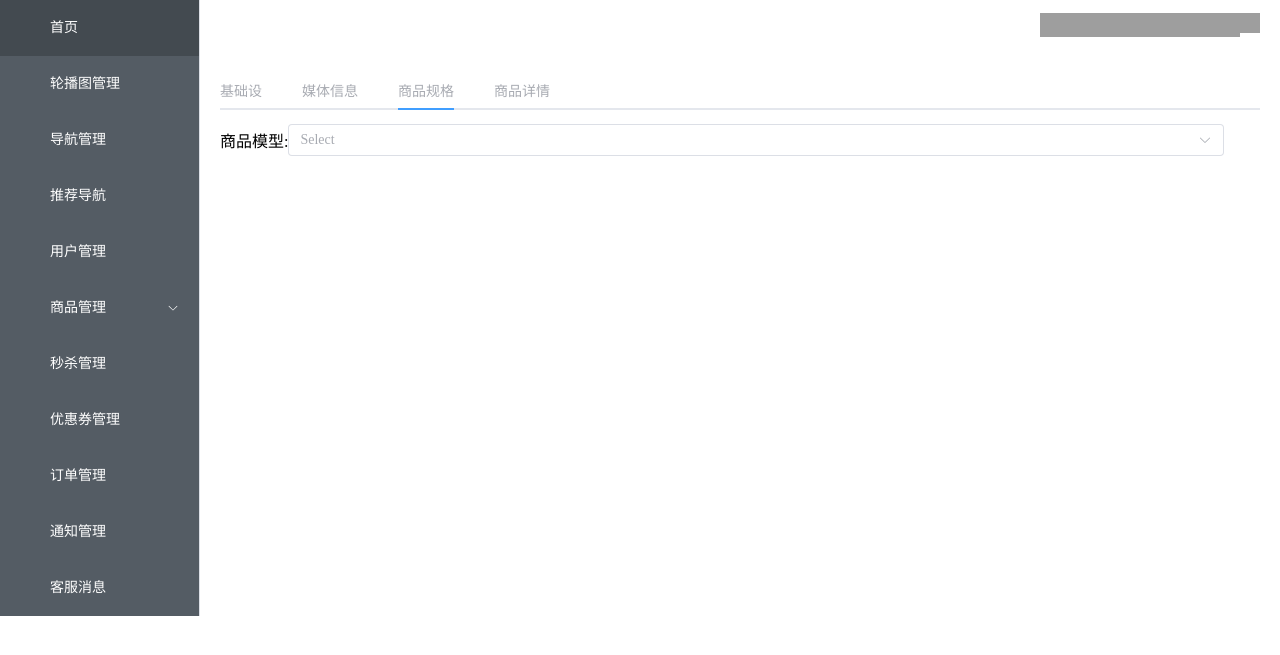
Repository: xinwuhao/CCG
Page: /addgoods
An editor plug-in stored every save of this project. The page is shown before and after the next save, followed by the edit.
The browser window is 1280 px wide. The pictures show the whole page.
Pictures or frames that could not be fetched are drawn as grey boxes. The page's requests for data from a server got no answer. The project was rebuilt for these pictures with package versions that can differ from the ones it lists, and the page was loaded fresh each time. No one was signed in, and anything a server would have sent is missing. Also part of the build but not shown: vite.config.ts.

Above is the page before, as saved 2021-09-24 15:01:57.

After the next save:
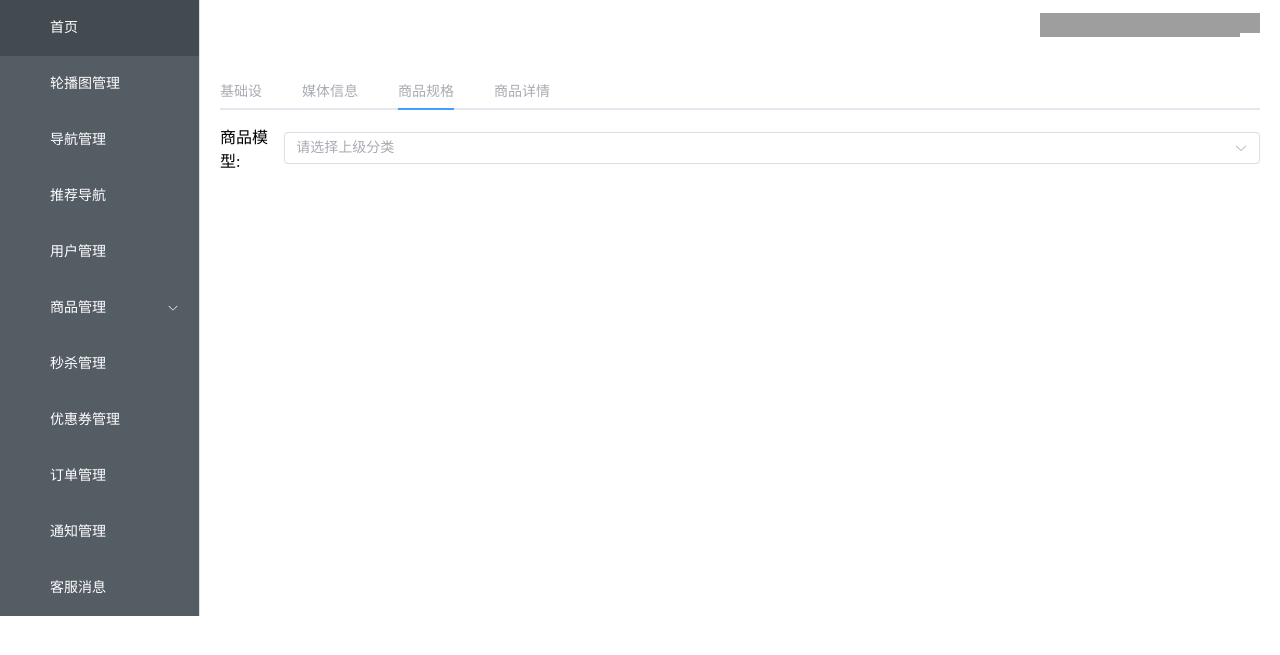
Saved 117 s later.
--- a/src/views/goods/addgoods.vue
+++ b/src/views/goods/addgoods.vue
@@ -195,23 +195,18 @@
           <div style="display: flex; align-items: center">
             <div>商品模型:</div>
             <el-select
-              v-model="swiper.category"
-              placeholder="Select"
-              style="width: 90%"
+              v-model="input"
+              clearable
+              filterable
+              placeholder="请选择上级分类"
             >
-              <el-option-group
-                v-for="group in options"
-                :key="group.name"
-                :label="group.name"
-              >
-                <el-option
-                  v-for="item in group.list"
-                  :key="item.name"
-                  :label="item.name"
-                  :value="item._id"
-                >
-                </el-option>
-              </el-option-group>
+              <el-option
+                v-for="item in options"
+                :key="item._id"
+                :label="item.name"
+                :value="item._id"
+              >
+              </el-option>
             </el-select>
           </div>
         </el-tab-pane>
